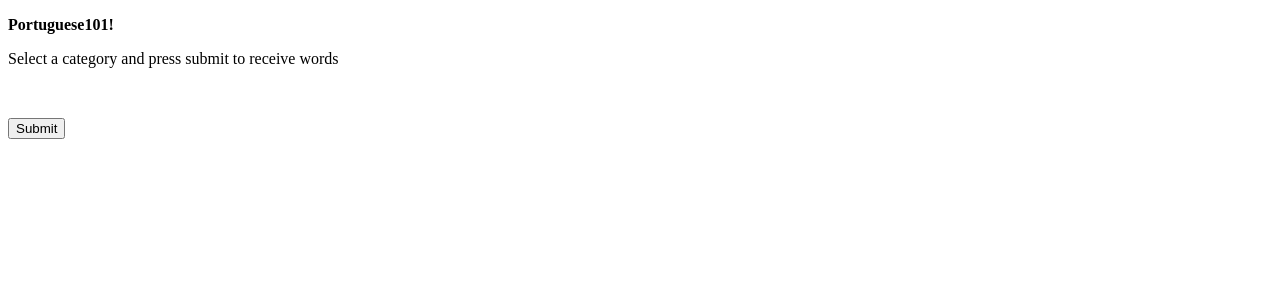
Repository: BenFields22/PortugueseLearning
Page: http://localhost/Portuguese101/
An editor plug-in stored every save of this project. The page is shown before and after the next save, followed by the edit.
The browser window is 1280 px wide. The pictures show the whole page.
Some web libraries are served in a nearby version. The page is served by Tomcat 9. Other server files are loaded and not shown. Queries for data that is not in the repository find no rows.

Above is the page before, as saved 2017-06-12 01:19:12.

### Portuguese101/Portuguese101/WebContent/index.html
<!DOCTYPE html>
<html>
<head>
<meta charset="ISO-8859-1">
<title>Portuguese101</title>
<script type="text/javascript" src="Resources/js/passData.js"></script>
<script src="https://ajax.googleapis.com/ajax/libs/jquery/3.2.1/jquery.min.js"></script>
<link rel="stylesheet" type="text/css" href="Resources/css/table.css" />
</head>

<body>
	<p>
		<strong>Portuguese101!</strong>
	</p>

	<p>Select a category and press submit to receive words</p>

	<p id="category">
	</p>
	<br>

	<p id="inside">
	</p>


	<button onclick="generateTable()">Submit</button>

	<br>

</body>
</html>

### Portuguese101/Portuguese101/WebContent/Resources/js/passData.js
document.addEventListener("DOMContentLoaded", function() {
  generateSelection();
});


function generateSelection(){
	var xhr1 = new XMLHttpRequest();
	xhr1.onload = function(){
		if(xhr1.status ===200){
			document.getElementById("category").innerHTML = xhr1.responseText;
		}
		xhr1.open('POST','GetCategories.do',true);
		xhr1.send(null);
	}
}



function generateTable(){
		category = String(document.getElementById("category").value);
		var xhr = new XMLHttpRequest();
		xhr.onload = function(){
			if(xhr.status ===200){
				document.getElementById('inside').innerHTML = xhr.responseText;
			}
		}

		xhr.open('POST', 'ConnectDB.do',true);
		xhr.send(String(category));
	}

### Portuguese101/Portuguese101/WebContent/Resources/css/table.css
table {
	font-family:Arial, Helvetica, sans-serif;
	color:#666;
	font-size:18px;
	text-shadow: 1px 1px 0px #fff;
	background:#eaebec;
	margin:20px;
	border:#ccc 1px solid;

	-moz-border-radius:3px;
	-webkit-border-radius:3px;
	border-radius:3px;

	-moz-box-shadow: 0 1px 2px #d1d1d1;
	-webkit-box-shadow: 0 1px 2px #d1d1d1;
	box-shadow: 0 1px 2px #d1d1d1;
}

th, td {
   border: 1px solid black;
   margin:50px;
   text-align: left;
}

### Portuguese101/Portuguese101/src/com/ben/app/controller/GetCategories.java
package com.ben.app.controller;

import java.io.IOException;
import java.sql.Connection;
import java.sql.DriverManager;
import java.sql.PreparedStatement;
import java.sql.ResultSet;
import java.sql.SQLException;

import javax.servlet.ServletException;
import javax.servlet.annotation.WebServlet;
import javax.servlet.http.HttpServlet;
import javax.servlet.http.HttpServletRequest;
import javax.servlet.http.HttpServletResponse;

/**
 * Servlet implementation class GetCategories
 */
@WebServlet(description = "queries the categories of nouns", urlPatterns = { "/GetCategories.do" })
public class GetCategories extends HttpServlet {
	private static final long serialVersionUID = 1L;

    /**
     * @see HttpServlet#HttpServlet()
     */
    public GetCategories() {
        super();
        // TODO Auto-generated constructor stub
    }

	/**
	 * @see HttpServlet#doPost(HttpServletRequest request, HttpServletResponse response)
	 */
	protected void doPost(HttpServletRequest request, HttpServletResponse response) throws ServletException, IOException {
		// TODO Auto-generated method stub
		try {
			Class.forName("org.postgresql.Driver");
			Connection con = DriverManager.getConnection("jdbc:postgresql://localhost:5432/portuguese","postgres","ben");
			String query = "select \"CategoryName\" from \"NounCategories\"";
			PreparedStatement stmt = con.prepareStatement(query);
			ResultSet Rs = stmt.executeQuery();
			String selector = "<select>";

			while(Rs.next())
			{
				selector=selector+"<option value=\""+Rs.getString(1)+"\"> "+ Rs.getString(1)+"</option>";
				System.out.println(Rs.getString(1));
			}
			selector=selector+"</select>";
			response.setContentType("test/plain");
			response.setCharacterEncoding("UTF-8");
			response.getWriter().write(selector);

		} catch (ClassNotFoundException | SQLException e) {
			// TODO Auto-generated catch block
			e.printStackTrace();
		}
	}

}

After the next save:
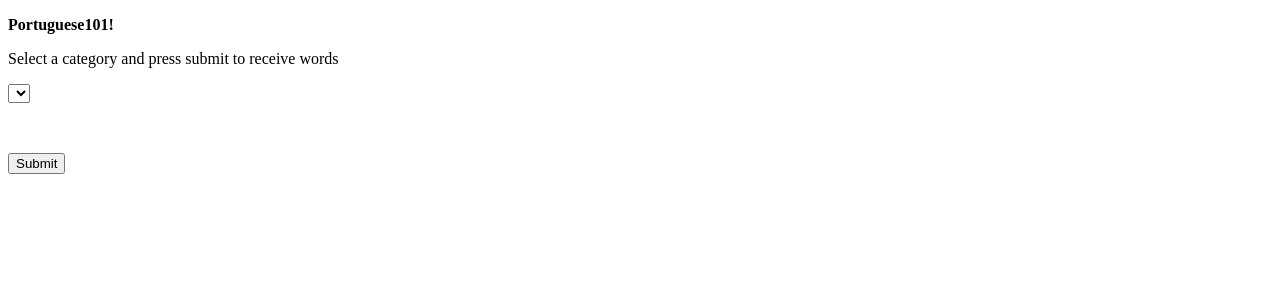
Saved 84 s later.
--- a/Portuguese101/Portuguese101/WebContent/Resources/js/passData.js
+++ b/Portuguese101/Portuguese101/WebContent/Resources/js/passData.js
@@ -4,15 +4,16 @@ document.addEventListener("DOMContentLoaded", function() {
 
 
 function generateSelection(){
-	var xhr1 = new XMLHttpRequest();
-	xhr1.onload = function(){
-		if(xhr1.status ===200){
-			document.getElementById("category").innerHTML = xhr1.responseText;
+		var xhr1 = new XMLHttpRequest();
+		xhr1.onload = function(){
+			if(xhr1.status ===200){
+				document.getElementById("category").innerHTML = xhr1.responseText;
+			}
 		}
 		xhr1.open('POST','GetCategories.do',true);
 		xhr1.send(null);
-	}
 }
+
 
 
 
